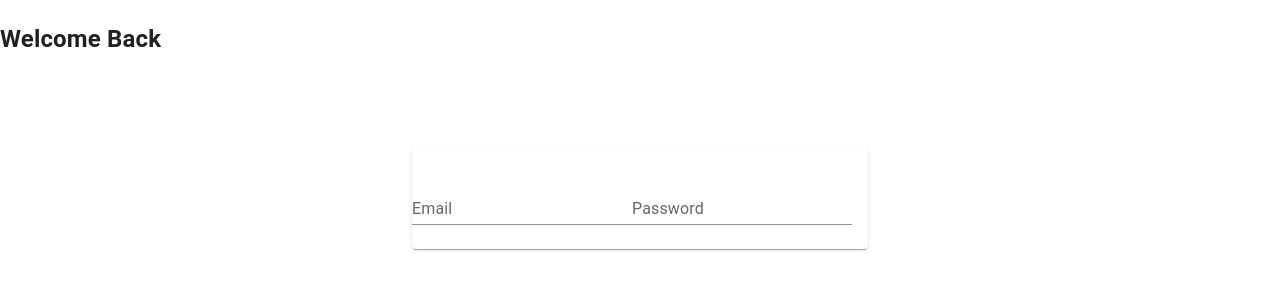
Repository: NGHIAVN1/Note
Page: /
These files come from the project's save history. The page is drawn as it stood at one moment and after the next save; the edit follows.
The browser window is 1280 px wide. The pictures show the whole page.
The project was rebuilt for these pictures with package versions that can differ from the ones it lists, and the page was loaded fresh each time. Also part of the build but not shown: vite.config.js, src/Pet.jsx, src/useBreedList.jsx, src/SearchParams.jsx.

Above is the page before, as saved 2024-03-05 18:22:46.

### src/index.html
<!DOCTYPE html>
<html lang="en">

<head>
  <meta charset="UTF-8">
  <meta name="viewport" content="width=device-width, initial-scale=1.0">
  <meta http-equiv="X-UA-Compatible" content="ie=edge">
  <title>Adopt Me</title>
</head>

<body>
  <div id="root">not rendered</div>
  <script type="module" src="./App.jsx">
    // Your code is going to go here

  </script>
</body>

</html>

### src/App.jsx
import React from "react";
import "./Register";
import "./LoginPages";
import "./SearchParams";
import { createRoot } from "react-dom/client";
import SearchParams from "./SearchParams";
import RegisterUser from "./Register";
import LoginPage from "./LoginPages";

const App = () => {
  return (
    <div>
      <h1></h1>
      <h2>Welcome Back</h2>
      <LoginPage />
    </div>
  );
};

const container = document.getElementById("root");
const root = createRoot(container);
root.render(React.createElement(App));

### src/LoginPages.jsx
import {
  CardContent,
  CardHeader,
  Container,
  CssBaseline,
  TextField,
  Typography,
} from "@mui/material";
import Card from "@mui/material/Card";
import { dark } from "@mui/material/styles/createPalette";
import Box from "@mui/material/Box";

import Grid from "@mui/material/Grid";
const LoginPage = () => {
  return (
    <div>
      <Container>
        <CssBaseline />
        <Box
          sx={{
            marginTop: 8,
            display: "flex",
            flexDirection: "column",
            alignItems: "center",
          }}
        >
          <Card
            sx={{
              marginTop: 3,
              display: "flex",
              flexDirection: "column",
              alignItems: "center",
            }}
          >
            <CardHeader>
              <Typography sx={{ frontSize: 14 }} color={dark}>
                Login
              </Typography>
            </CardHeader>
            <CardContent>
              <Grid container spacing={2}>
                <Grid xs={12} sm={6}>
                  <TextField variant="standard" label="Email" fullWidth />
                </Grid>
                <Grid xs={12} sm={6}>
                  <TextField variant="standard" label="Password" fullWidth />
                </Grid>
              </Grid>
            </CardContent>
          </Card>
        </Box>
      </Container>
    </div>
  );
};
export default LoginPage;

### src/Register.jsx
import * as React from "react";
import Avatar from "@mui/material/Avatar";
import Button from "@mui/material/Button";
import CssBaseline from "@mui/material/CssBaseline";
import TextField from "@mui/material/TextField";
import FormControlLabel from "@mui/material/FormControlLabel";
import Checkbox from "@mui/material/Checkbox";
import Link from "@mui/material/Link";
import Grid from "@mui/material/Grid";
import Box from "@mui/material/Box";
import LockOutlinedIcon from "@mui/icons-material/LockOutlined";
import Typography from "@mui/material/Typography";
import Container from "@mui/material/Container";
import { createTheme, ThemeProvider } from "@mui/material/styles";
import { useState } from "react";

const defaultTheme = createTheme();

export default function RegisterUser() {
  const handleSubmit = (event) => {
    event.preventDefault();
    const data = new FormData(event.currentTarget);
    console.log({
      email: data.get("email"),
      password: data.get("password"),
    });
  };
  const [password, setPassword] = useState("");
  const validatePassword = (password) => {
    const regex =
      /^(?=.*[A-Za-z])(?=.*\d)(?=.*[@$!%*#?&])[A-Za-z\d@$!%*#?&]{8,}$/;
    return regex.test(password);
  };

  return (
    <ThemeProvider theme={defaultTheme}>
      <Container component="main" maxWidth="xs">
        <CssBaseline />
        <Box
          sx={{
            marginTop: 8,
            display: "flex",
            flexDirection: "column",
            alignItems: "center",
          }}
        >
          <Typography component="h1" variant="h5">
            Sign up
          </Typography>
          <Box
            component="form"
            noValidate
            onSubmit={handleSubmit}
            sx={{ mt: 3 }}
          >
            <Grid container spacing={2}>
              <Grid item xs={12} sm={6}>
                <TextField
                  autoComplete="given-name"
                  name="firstName"
                  required
                  fullWidth
                  id="firstName"
                  label="First Name"
                  autoFocus
                />
              </Grid>
              <Grid item xs={12} sm={6}>
                <TextField
                  required
                  fullWidth
                  id="lastName"
                  label="Last Name"
                  name="lastName"
                  autoComplete="family-name"
                />
              </Grid>
              <Grid item xs={12}>
                <TextField
                  required
                  fullWidth
                  id="email"
                  label="Email Address"
                  name="email"
                  autoComplete="email"
                />
              </Grid>
              <Grid item xs={12}>
                <TextField
                  fullWidth
                  name="password"
                  label="Password"
                  type="password"
                  id="password"
                  helperText={
                    validatePassword(password) ? "" : "Password is not valid"
                  }
                  onChange={(e) => {
                    setPassword(e.target.value);
                  }}
                />
                <p></p>
              </Grid>
              <Grid item xs={12}>
                <TextField
                  required
                  fullWidth
                  name="password"
                  label="Repeat Password"
                  type="password"
                  id="password"
                  onChange={(e) => {
                    setPassword(e.target.value);
                  }}
                />
              </Grid>
              <Grid item xs={12}>
                <FormControlLabel
                  control={
                    <Checkbox value="allowExtraEmails" color="primary" />
                  }
                  label="I want to receive inspiration, marketing promotions and updates via email."
                />
              </Grid>
            </Grid>
            <Button
              type="submit"
              fullWidth
              variant="contained"
              sx={{ mt: 3, mb: 2 }}
            >
              Sign Up
            </Button>
            <Grid container justifyContent="flex-end">
              <Grid item>
                <Link href="#" variant="body2">
                  Already have an account? Sign in
                </Link>
              </Grid>
            </Grid>
          </Box>
        </Box>
      </Container>
    </ThemeProvider>
  );
}

After the next save:
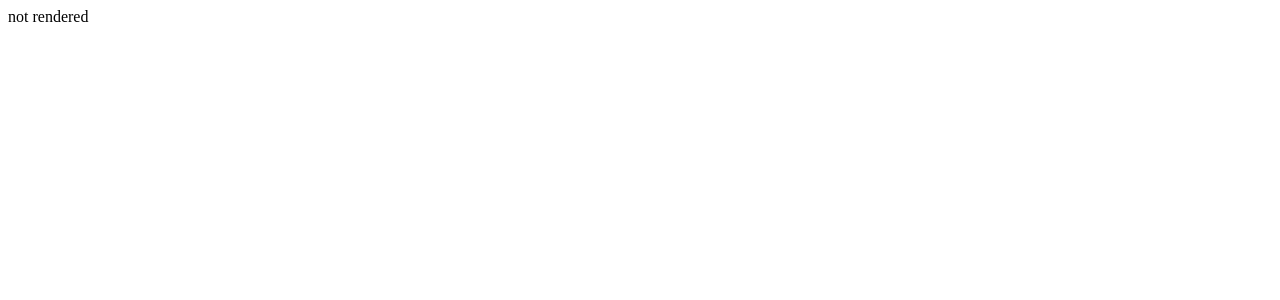
Console error: ReferenceError: createTheme is not defined
Saved 83 s later.
--- a/src/LoginPages.jsx
+++ b/src/LoginPages.jsx
@@ -11,6 +11,7 @@
 import Box from "@mui/material/Box";
 
 import Grid from "@mui/material/Grid";
+const defaultTheme = createTheme();
 const LoginPage = () => {
   return (
     <div>

After the 4 saves that followed:
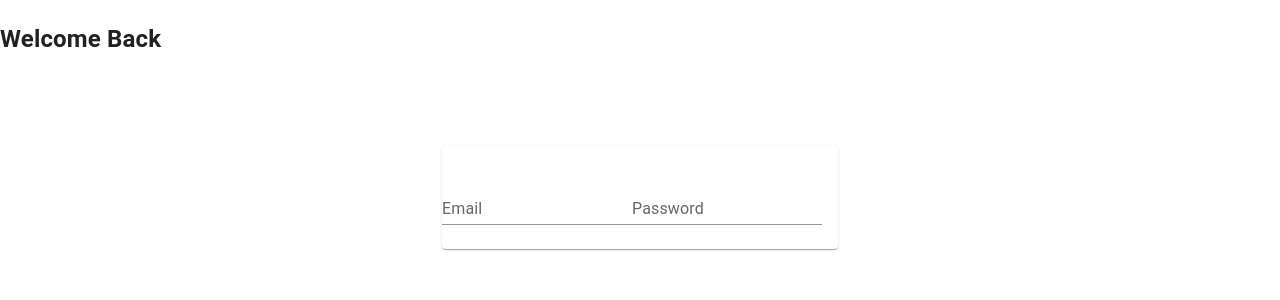
The error is gone.
The 4 saves are shown as one change because 1 did not build or start and 2 left the picture as it was.
The last was saved 103 s later.
--- a/src/LoginPages.jsx
+++ b/src/LoginPages.jsx
@@ -1,21 +1,21 @@
 import {
   CardContent,
   CardHeader,
-  Container,
   CssBaseline,
   TextField,
   Typography,
 } from "@mui/material";
+import Container from "@mui/material/Container";
 import Card from "@mui/material/Card";
 import { dark } from "@mui/material/styles/createPalette";
 import Box from "@mui/material/Box";
 
 import Grid from "@mui/material/Grid";
-const defaultTheme = createTheme();
+// const defaultTheme = createTheme();
 const LoginPage = () => {
   return (
     <div>
-      <Container>
+      <Container component="main" maxWidth="xs">
         <CssBaseline />
         <Box
           sx={{
